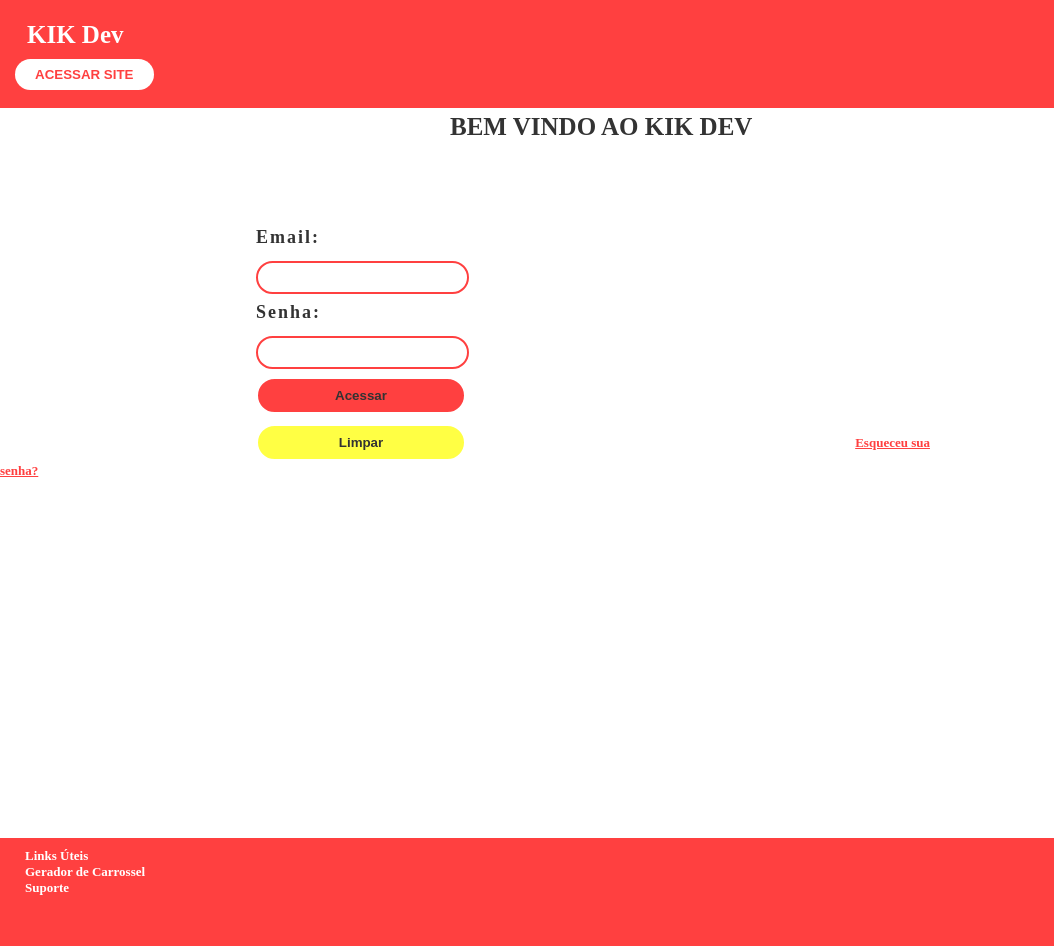
Repository: devgabrielvieira/kikdev
Page: index.html
These files come from the project's save history. The page is drawn as it stood at one moment and after a run of saves; the edit follows.
The browser window is 1024 px wide. The page is 1054 px wide, so the pictures cover 1054 px, including what lies to the right of the window. The pictures show the whole page.

Above is the page before, as saved 2022-10-30 20:43:54.

After the next 3 saves:
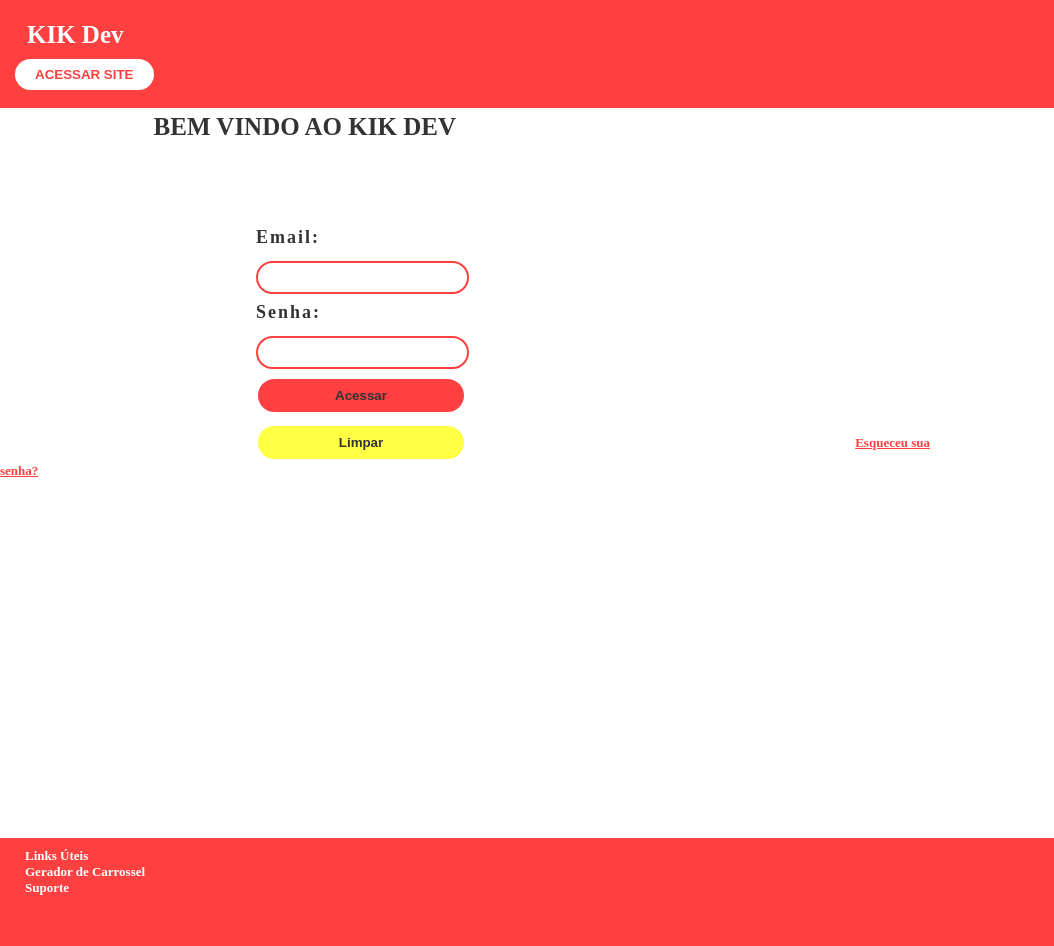
The 3 saves are shown as one change because they came seconds apart.
The last was saved 21 s later.
--- a/style-mobile.css
+++ b/style-mobile.css
@@ -134,7 +134,7 @@
     color: #333333;
 
     margin-top: 5px;
-    margin-left: 450px;
+    margin-left: 15%;
     margin-bottom: -500px;
   }
 }
